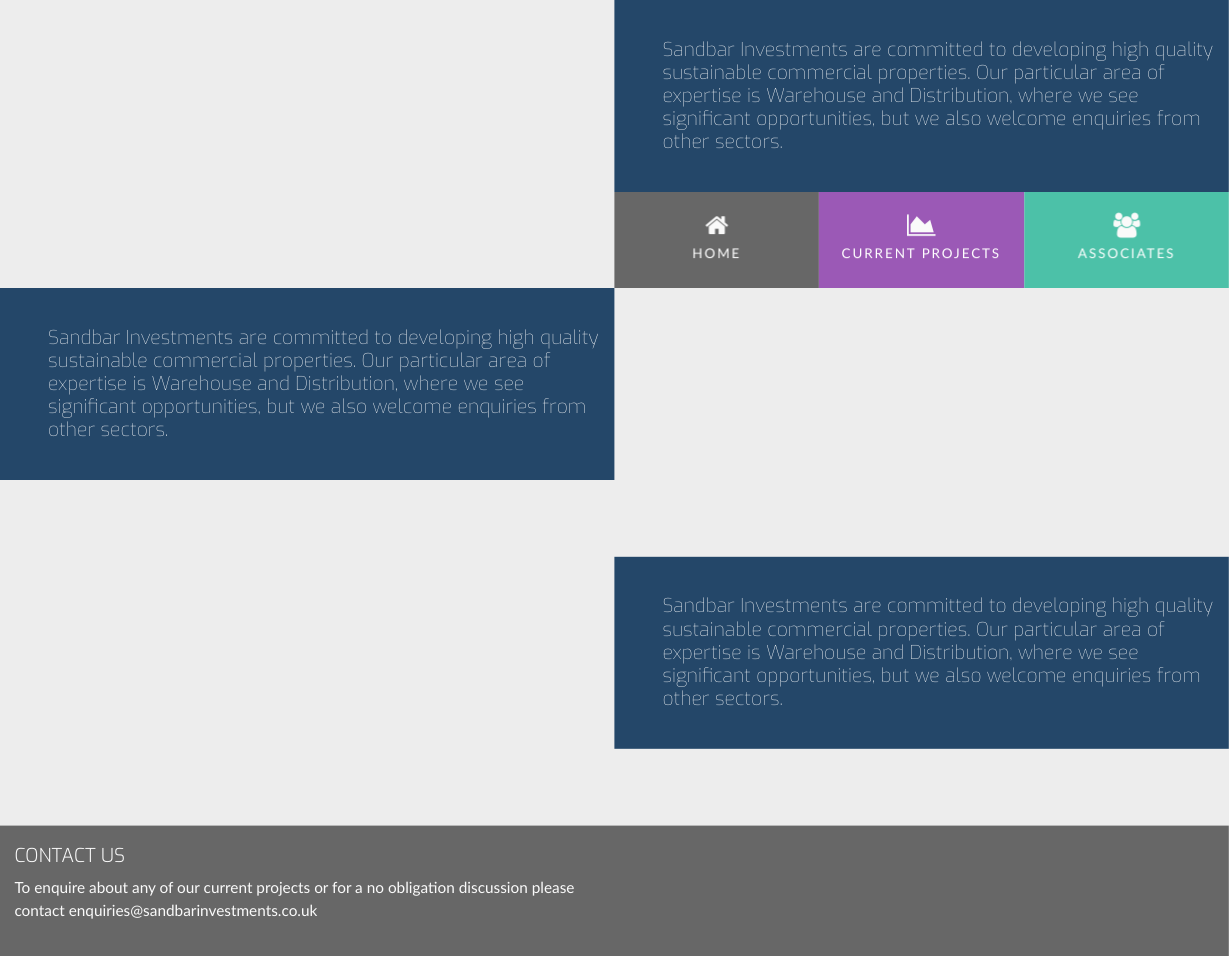
Repository: sykez12/Sandbar
Page: currentprojects.html
The author's editor kept a record of every edit. The page is drawn from the files as they stood at one moment, then again after the next edit.
The browser window is 1280 px wide. The pictures show the whole page, at 96% of full size.

Above is the page before.

After the next edit:
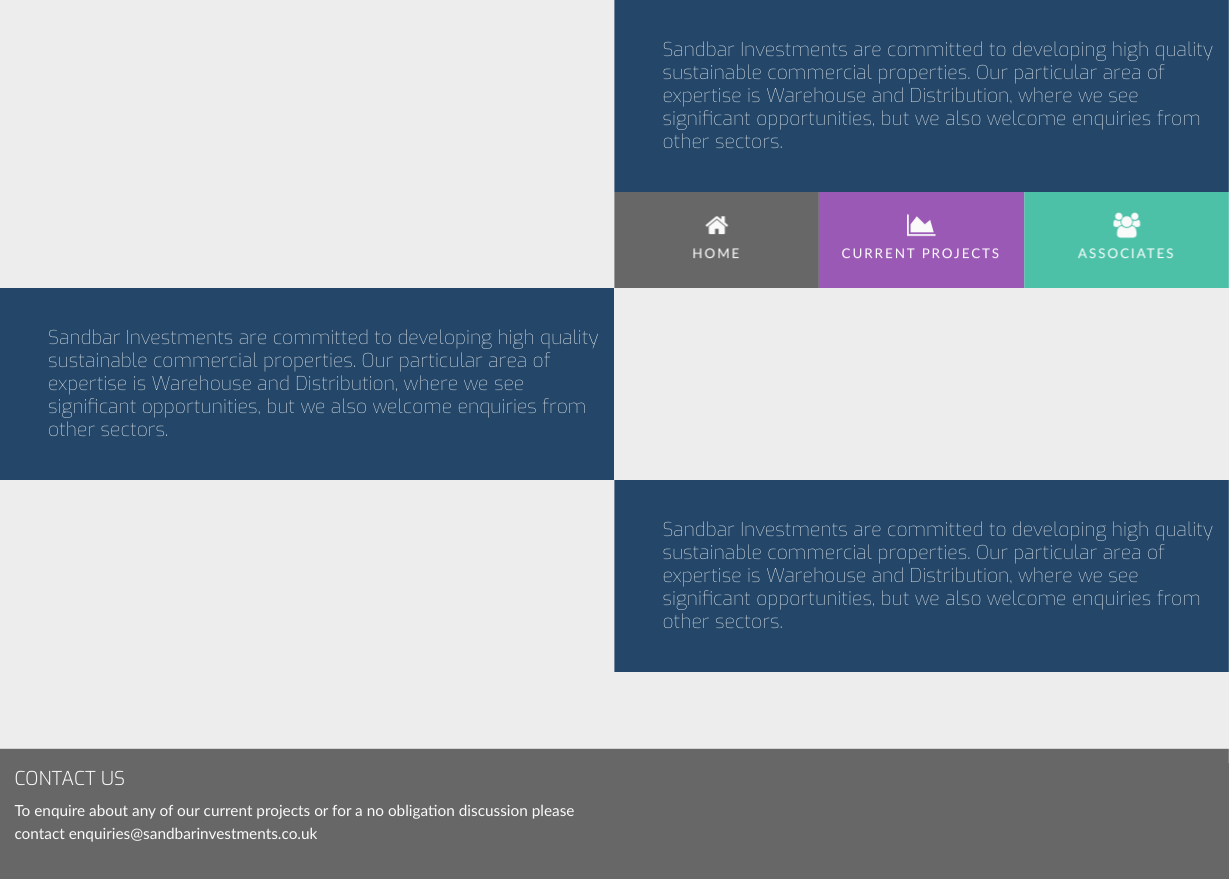
The edit:
--- a/currentprojects.html
+++ b/currentprojects.html
@@ -56,9 +56,6 @@
                 </div>
 
             </div>
-            <a href="index.html" class="col-md-6 sandbar-site-one">
-
-            </a>
         </div>
         <div class="row no-gutters">
             <a href="index.html" class="col-md-6 sandbar-site-two">
